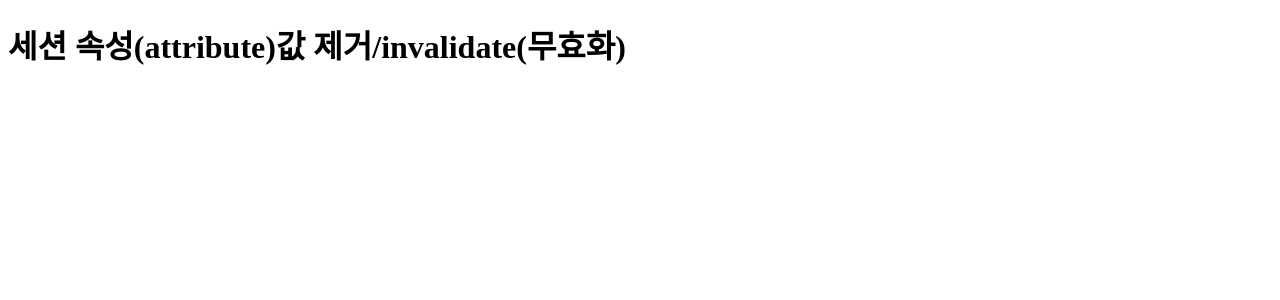
Repository: dnwpdud/WEB_CODES
Page: http://localhost/Web06_JSP_Servlet/ch17/sessionlnvalidate.jsp
These files come from the project's save history. The page is drawn as it stood at one moment and after the next save; the edit follows.
The browser window is 1280 px wide. The pictures show the whole page.
The page is served by Tomcat 9. Other server files are loaded and not shown.

Above is the page before, as saved 2024-04-02 02:40:26.

### Web06_JSP_Servlet/src/main/webapp/ch17/sessionlnvalidate.jsp
<%@ page language="java" contentType="text/html; charset=UTF-8"
    pageEncoding="UTF-8"%>
<!DOCTYPE html>
<html>
<head>
<meta charset="UTF-8">
<title>Invalidate</title>
</head>
<body>
	<h1>세션 속성(attribute)값 제거/invalidate(무효화)</h1>
	<%
		// 세션 attribute에 데이터 저장
		session.setAttribute("password", 123);

	%>

</body>
</html>

After the next save:
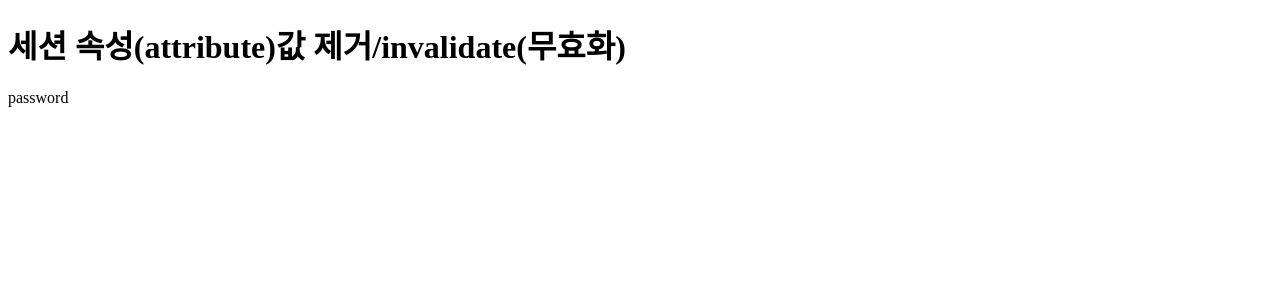
Saved 115 s later.
--- a/Web06_JSP_Servlet/src/main/webapp/ch17/sessionlnvalidate.jsp
+++ b/Web06_JSP_Servlet/src/main/webapp/ch17/sessionlnvalidate.jsp
@@ -1,3 +1,4 @@
+<%@page import="java.util.Enumeration"%>
 <%@ page language="java" contentType="text/html; charset=UTF-8"
     pageEncoding="UTF-8"%>
 <!DOCTYPE html>
@@ -12,6 +13,12 @@
 		// 세션 attribute에 데이터 저장
 		session.setAttribute("password", 123);
 
+		// 세션 attribute 출력
+		Enumeration<String> attrNames = session.getAttributeNames();
+		while(attrNames.hasMoreElements()){
+			String name = attrNames.nextElement();
+			out.println(name + "<br>");
+		}
 	%>
 
 </body>
